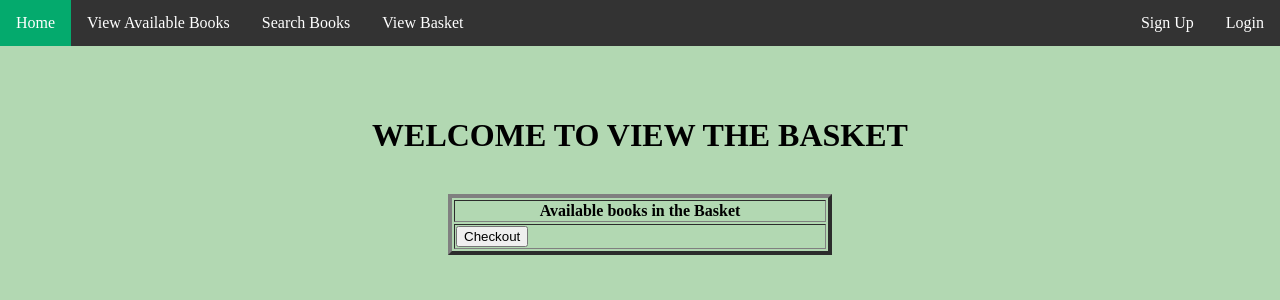
Repository: sach7691/original-book-store
Page: http://localhost/online-book-store-application/display_basket.jsp
These files come from the project's save history. The page is drawn as it stood at one moment and after the next save; the edit follows.
The browser window is 1280 px wide. The pictures show the whole page.
The page is served by Tomcat 9. Other server files are loaded and not shown. The template is opened directly, without the code that normally fills it, so the values that code supplies are empty.

Above is the page before, as saved 2022-08-25 17:15:30.

### online-book-store-application/src/main/webapp/display_basket.jsp
<%@ page language="java" contentType="text/html; charset=ISO-8859-1"
    pageEncoding="ISO-8859-1"%>
<%@ taglib uri="http://java.sun.com/jsp/jstl/core" prefix="c" %>
<%@ page import="java.util.List" %>
<%@page import="com.ab.models.Book" %>
<%@page import="com.ab.models.Basket" %>
<!DOCTYPE html>
<html>
<head>
<meta charset="ISO-8859-1">
<meta name="viewport" content="width=device-width, initial-scale=1.0">
<title>view books</title>
<style>
body {margin: 0;
 background: rgba(0, 128, 0, 0.3);}

 h1{
 text-align: center;
  padding-top: 50px;

 }
 letter {
   color: #ea503f;
   font-family: Arial;
 }

ul.topnav {
  list-style-type: none;
  margin: 0;
  padding: 0;
  overflow: hidden;
  background-color: #333;
}

ul.topnav li {float: left;}

ul.topnav li a {
  display: block;
  color: white;
  text-align: center;
  padding: 14px 16px;
  text-decoration: none;
}

ul.topnav li a:hover:not(.active) {background-color: #111;}

ul.topnav li a.active {background-color: #04AA6D;}

ul.topnav li.right {float: right;}

@media screen and (max-width: 600px) {
  ul.topnav li.right,
  ul.topnav li {float: none;}
}
</style>
</head>
</head>
<body>
<div>
<ul class="topnav">
  <li><a class="active" href="welcome.jsp">Home</a></li>
  <li><a href="http://localhost:8080/online-book-store-application/ViewBookServlet">View Available Books</a></li>
  <li><a href="search_book.jsp">Search Books</a></li>
  <li><a href="http://localhost:8080/online-book-store-application/BasketViewServlet">View Basket</a></li>
  <li class="right"><a href="login.jsp">Login</a></li>
  <li class="right"><a href="index.jsp">Sign Up</a></li>
</ul>
</div>
<form action="http://localhost:8080/online-book-store-application/BasketViewServlet"  method="GET">
<%

List<Basket> b = (List<Basket>)session.getAttribute("bList");

//System.out.println(books);
%>
</form>
<div class="letter"><h1>WELCOME TO VIEW THE BASKET</h1></div>
<center>
<br>
<table border="4" style="width:30%">
  <tr>
    <th>Available books in the Basket</th>
  </tr>
   <c:forEach items="${bList}" var="b">
   <tr style = "text-align :center ">
       <td><c:out value="${b.bookTitle}" /></td>
       <td>
            <form action="http://localhost:8080/online-book-store-application/BasketDeleteServlet" method="GET">
            <input type="text" value="${b.bookTitle}" name="bookTitle" hidden=""/>
            <input type="submit" value="Delete Book"/>
            </form>
       </td>
       </c:forEach>
       <td>
       <form action="login.jsp" method="GET">
       <input type="submit" value="Checkout"/>
       </form>
      </td>
 </tr>


</table>
<br>
</center>
</form>
</body>
</html>

After the next save:
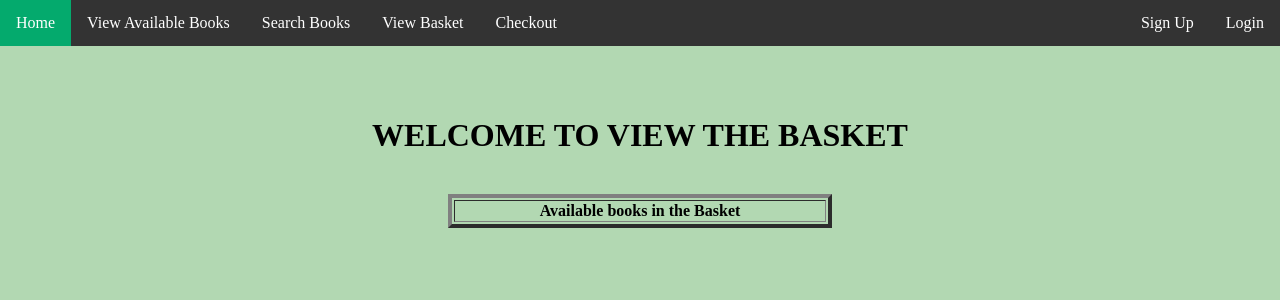
Saved 3 min 31 s later.
--- a/online-book-store-application/src/main/webapp/display_basket.jsp
+++ b/online-book-store-application/src/main/webapp/display_basket.jsp
@@ -62,6 +62,7 @@ ul.topnav li.right {float: right;}
   <li><a href="http://localhost:8080/online-book-store-application/ViewBookServlet">View Available Books</a></li>
   <li><a href="search_book.jsp">Search Books</a></li>
   <li><a href="http://localhost:8080/online-book-store-application/BasketViewServlet">View Basket</a></li>
+   <li><a href="login.jsp">Checkout</a></li>
   <li class="right"><a href="login.jsp">Login</a></li>
   <li class="right"><a href="index.jsp">Sign Up</a></li>
 </ul>
@@ -90,15 +91,9 @@ List<Basket> b = (List<Basket>)session.getAttribute("bList");
             <input type="submit" value="Delete Book"/>
             </form>
        </td>
-       </c:forEach>
-       <td>
-       <form action="login.jsp" method="GET">
-       <input type="submit" value="Checkout"/>
-       </form>
-      </td>
+
  </tr>
-
-
+ </c:forEach>
 </table>
 <br>
 </center>
